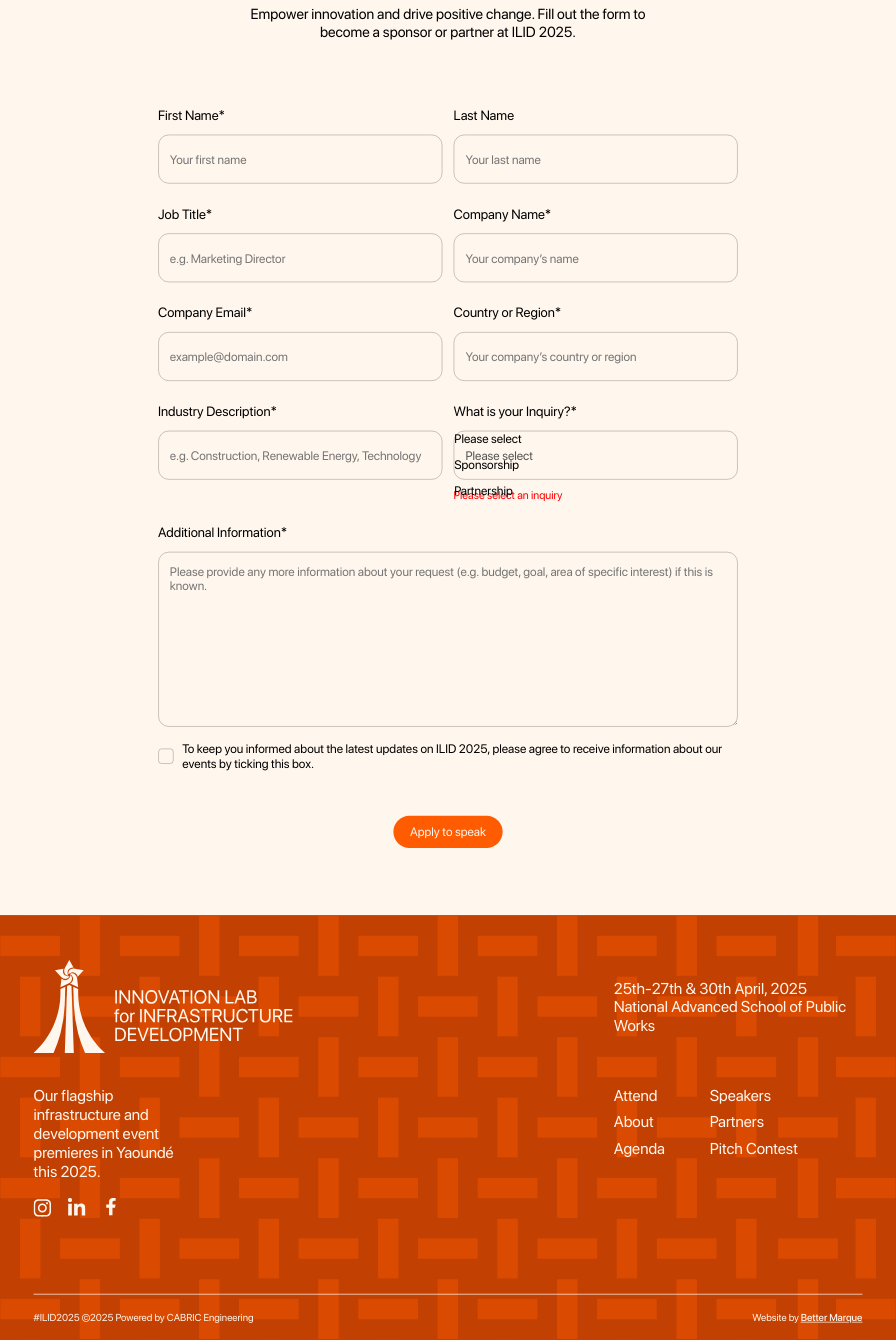
Repository: ilidevent/ilidwebsite
Page: /partners
These files come from the project's save history. The page is drawn as it stood at one moment and after a run of saves; the edit follows.
The browser window is 1280 px wide. The pictures show the part of the page from y = 876 to 2796 px (the page is 2790 px tall before and 2796 px after), at 70% of full size.
The project was rebuilt for these pictures with package versions that can differ from the ones it lists, and the page was loaded fresh each time. The framework's server and built-in components were replaced by stand-ins that run in the browser. Also part of the build but not shown: next.config.ts, components/ReUsables/ButtonTwo.tsx, styles/ReUsables/aboutboxwrapper.module.scss, components/ReUsables/TextEmail.tsx, styles/ReUsables/sloganbanner.module.scss, components/ReUsables/SloganBanner.tsx, styles/ReUsables/paddingtop.module.scss, components/ReUsables/PaddingTop.tsx and 43 more.

Above is the page before, as saved 2025-03-17 12:35:28.

### app/layout.tsx
import type { Metadata } from "next";
import localFont from "next/font/local";
import { Navbar } from "@/components";
import "../styles/globals.scss";
import Footer from "@/components/Navigation/Footer";

const regular = localFont({
  src: "./fonts/SF-Pro-Display-Regular.ttf",
  variable: "--regular-font"
})

const medium = localFont({
  src: "./fonts/SF-Pro-Display-Medium.ttf",
  variable: "--medium-font"
})

const semibold = localFont({
  src: "./fonts/SF-Pro-Display-Semibold.ttf",
  variable: "--semibold-font"
})

const heavy = localFont({
  src: "./fonts/SF-Pro-Display-Heavy.ttf",
  variable: "--heavy-font"
})

const script = localFont({
  src: "./fonts/VT323-Regular.ttf",
  variable: "--script-font"
})

export const metadata: Metadata = {
  title: "Innovation Lab for Infrastructure Development",
  description: "Generated by create next app",
};

export default function RootLayout({
  children,
}: Readonly<{
  children: React.ReactNode;
}>) {
  return (
    <html lang="en">
      <body className={`${regular.variable} ${medium.variable} ${semibold.variable} ${heavy.variable} ${script.variable}`}>
        <Navbar/>
        {children}
        <Footer/>
      </body>
    </html>
  );
}

### app/partners/layout.tsx
import type { Metadata } from "next";

export const metadata: Metadata = {
  title: "Partners ILID 2025",
  description: "From strategy to design, we craft brands that elevate visibility, build trust, and drive industry success.",
};

export default function RootLayout({
  children,
}: Readonly<{
  children: React.ReactNode;
}>) {
  return <>{children}</>;
}

### app/partners/page.tsx
import React from 'react'
import { PartnersPageWrapper } from '@/components'

const PartnersPage = () => {
  return (
    <div className='main'>
      <PartnersPageWrapper/>
    </div>
  )
}

export default PartnersPage

### components/index.ts
import Navbar from "./Navigation/Navbar";
import HomePageWrapper from "./HomePage/HomePageWrapper";
import AttendPageWrapper from "./AttendPage/AttendPageWrapper";
import SpeakerPageWrapper from "./SpeakerPage/SpeakerPageWrapper";
import AboutPageWrapper from "./AboutPage/AboutPageWrapper";
import AgendaPageWrapper from "./AgendaPage/AgendaPageWrapper";
import PitchPageWrapper from "./PitchPage/PitchPageWrapper";
import PartnersPageWrapper from "./PartnersPage/PartnersPageWrapper";

export {
  Navbar,
  HomePageWrapper,
  AttendPageWrapper,
  SpeakerPageWrapper,
  AboutPageWrapper,
  AgendaPageWrapper,
  PitchPageWrapper,
  PartnersPageWrapper
}

### components/Navigation/Navbar.tsx
import React from 'react'
import Image from 'next/image'
import Link from 'next/link'
import LOGO from "../../public/svg/whitelogo.svg"
import Button from '../ReUsables/Button'
import styles from "../../styles/Navigation/navbar.module.scss"

const Navbar = () => {
  const navLinks = [
    {
      name: "Attend",
      link: "/attend"
    },
    {
      name: "Speakers",
      link: "/speakers"
    },
    {
      name: "About",
      link: "/about"
    },
    {
      name: "Agenda",
      link: "/agenda"
    }
  ]

  const buttonOne = {
    name: "Pitch your idea",
    link: "/pitch-contest",
  }

  const buttonTwo = {
    name: "Partner with us",
    link: "/partners",
  }

  return (
    <>
      <header className={styles.nav__header}>
        <div className={`container ${styles.nav__container}`}>
          <Link className={styles.nav__logo} href="/">
            <Image fill quality={100} alt='ILID Logo' src={LOGO}/>
          </Link>
          <nav className={styles.nav__center}>
            {
              navLinks.map((data, i) => (
                <Link key={i} href={data.link}>{data.name}</Link>
              ))
            }
          </nav>
          <nav className={styles.nav__right}>
            <Button fill={false} buttonInfo={buttonOne}/>
            <Button fill buttonInfo={buttonTwo}/>
          </nav>
        </div>
      </header>
    </>
  )
}

export default Navbar

### components/PartnersPage/PartnersPageWrapper.tsx
"use client";

import React, { useEffect, useState, useRef } from "react";
import Lenis from "lenis";
import ReusableSection from "../ReUsables/ReusableSection";
import SpeakerForm from "../SpeakerPage/SpeakerForm";
import HeroSection from "../ReUsables/HeroSection";
import PartnersForm from "./PartnersForm";
import VenueBanner from "../ReUsables/VenueBanner";

const PartnersPageWrapper = () => {
  const [lenis, setLenis] = useState<Lenis | null>(null);
  const formRef = useRef<HTMLDivElement | null>(null);

  useEffect(() => {
    const lenisInstance = new Lenis({
      duration: 1,
    });

    function raf(time: number) {
      lenisInstance.raf(time);
      requestAnimationFrame(raf);
    }

    requestAnimationFrame(raf);

    // Store the lenis instance in state
    setLenis(lenisInstance);
  }, []);

  const HeroContent = {
    largeText: "Sponsor or Partner at ILID 2025",
    normalText:
      "Sponsor or Partner with us to ignite innovation, empower emerging leaders, and create resilient, future-ready communities in Cameroon.",
    buttonProps: {
      name: "Partner with us",
    }
  };

  const formContent = {
    header: "Become a Sponsor or Partner",
    keywords: ["Become"],
    text: "Empower innovation and drive positive change. Fill out the form to become a sponsor or  partner at ILID 2025.",
  };

  const HeroBreakpoints = {
    lg: "75vh",
    nm: "85vh",
    md: "100vh",
    sm: "100vh",
  };
  return (
    <>
      <HeroSection
        herocontent={HeroContent}
        breakpoints={HeroBreakpoints}
        lenis={lenis}
        reference={formRef}
      />
      <VenueBanner />
      <ReusableSection
        header={formContent.header}
        keywords={formContent.keywords}
        text={formContent.text}
        textColor="#000000"
        backgroundColor="#FFF6ED"
        ref={formRef}
      >
        <PartnersForm />
      </ReusableSection>
    </>
  )
}

export default PartnersPageWrapper

### styles/Navigation/footer.module.scss
.footer__section{
  width: 100%;
  height: auto;
  position: relative;
  background-color: var(--darkorange);
  padding: 4rem 0 0;
  color: var(--body-color);
}

.footer__container{
  height: auto;
  position: relative;
  z-index: 1;
  display: flex;
  flex-direction: column;
  gap: 7rem;
}

.footer__top{
  position: relative;
  width: 100%;
  display: flex;
  flex-direction: column;
  gap: 3rem;
  justify-content: flex-start;
  align-items: flex-start;
}

.ft__top{
  width: 100%;
  height: auto;
  display: flex;
  justify-content: space-between;
  align-items: center;
}

.ft__image{
  width: 370px;
  aspect-ratio: 1112.0159/400;
  position: relative;

  img {
    object-fit: cover;
  }
}

.loca__venue{
  width: 30%;
  height: auto;

  span{
    font-size: calc(var(--normal-font-size) + 0.3rem);
  }
}

.ft__bottom{
  width: 100%;
  height: auto;
  display: flex;
  justify-content: space-between;
  align-items: flex-start;
}

.ftb__left{
  width: 20%;
  height: auto;
  display: flex;
  flex-direction: column;
  gap: 1.5rem;

  p{
    font-size: calc(var(--normal-font-size) + 0.3rem);
    line-height: 1.2;
  }
}

.svg__container{
  position: relative;
  display: flex;
  gap: 1.5rem;
}

.svg{
  width: 25px;
  height: 25px;
  display: block;
  color: var(--body-color);
  position: relative;
}

.ftb__right{
  width: 30%;
  height: auto;
  display: flex;
  gap: 4rem;
  align-items: flex-start;
}

.fnav__links{
  display: flex;
  flex-direction: column;
  gap: 0.7rem;

  a{
    color: var(--body-color);
    font-size: calc(var(--normal-font-size) + 0.3rem);
    opacity: 1;
    transition: all 0.7s ease;

    &:hover{
      opacity: 0.6;
    }
  }
}

.fback__image{
  width: 100%;
  height: 100%;
  position: absolute;
  top: 0;
  left: 0;

  img{
    object-fit: cover;
  }
}

.footer__bottom{
  width: 100%;
  padding: 1.5rem 0;
  border-top: 1px solid var(--body-color);
  font-size: var(--small-font-size);
  display: flex;
  justify-content: space-between;
  align-items: center;

  p{
    display: flex;
    gap: 0.15rem;

    .better{
      font-family: var(--medium-font);
      text-decoration: underline;
      cursor: pointer;
    }
  }
}

### components/ReUsables/Button.tsx
"use client";

import React from "react";
import Link from "next/link";
import styles from "../../styles/ReUsables/button.module.scss";

interface ButtonInfo {
  name: string;
  link?: string;
}

interface ButtonProps {
  buttonInfo: ButtonInfo;
  fill: boolean;
  onClick?: () => void;
}

const Button = ({ buttonInfo, fill, onClick }: ButtonProps) => {
  // If a link is provided, render a Link
  if (buttonInfo.link) {
    return fill ? (
      <Link className={styles.button__background} href={buttonInfo.link}>
        {buttonInfo.name}
      </Link>
    ) : (
      <Link className={styles.button__stroke} href={buttonInfo.link}>
        {buttonInfo.name}
      </Link>
    );
  }

  // If no link is provided but an onClick is available, render a clickable span
  if (onClick) {
    return fill ? (
      <span className={styles.button__background} onClick={onClick}>
        {buttonInfo.name}
      </span>
    ) : (
      <span className={styles.button__stroke} onClick={onClick}>
        {buttonInfo.name}
      </span>
    );
  }

  // Fallback: render a non-clickable span
  return fill ? (
    <span className={styles.button__background}>{buttonInfo.name}</span>
  ) : (
    <span className={styles.button__stroke}>{buttonInfo.name}</span>
  );
};

export default Button;

### styles/Navigation/navbar.module.scss
.nav__header {
  width: 100%;
  height: auto;
  padding: 1rem 0;
  position: fixed;
  top: 0;
  left: 0;
  z-index: 100;
}

.nav__container {
  position: relative;
  display: flex;
  justify-content: space-between;
  align-items: center;
}

.nav__logo {
  width: 270px;
  aspect-ratio: 1112.0159/400;
  position: relative;

  img {
    object-fit: cover;
  }
}

.nav__center {
  position: absolute;
  top: 50%;
  left: 50%;
  transform: translate(-50%, -50%);
  display: flex;
  gap: 1.5rem;

  a {
    color: var(--body-color);
    opacity: 1;
    transition: opacity 0.5s ease;

    &:hover {
      opacity: 0.5;
    }
  }
}

.nav__right{
  display: flex;
  gap: 1.5rem
}

### components/ReUsables/HeroSection.tsx
import React from "react";
import Button from "./Button";
import Image from "next/image";
import Lenis from "lenis";
import HEROBACK from "../../public/svg/heroback.svg"
import styles from "../../styles/ReUsables/herosection.module.scss";

interface HeroContent {
  largeText: string;
  normalText: string;
  buttonText?: string;
  buttonProps: {
    name: string;
    link?: string;
  };
}

interface HeroBreakpoints {
  lg: string;
  nm: string;
  md: string;
  sm: string;
}

const HeroSection = ({
  herocontent,
  breakpoints,
  lenis,
  reference,
}: {
  herocontent: HeroContent;
  breakpoints: HeroBreakpoints;
  lenis?: Lenis | null;
  reference?: React.RefObject<HTMLDivElement | null>;
}) => {


  const handleLenisScroll = () => {
    if (lenis && reference?.current) {
      const referenceTop =
        window.scrollY + reference?.current.getBoundingClientRect().top;
      lenis.scrollTo(referenceTop);
    }
  };


  return (
    <section
      className={styles.hero__section}
      style={
        {
          "--lg": breakpoints.lg,
          "--nm": breakpoints.nm,
          "--md": breakpoints.md,
          "--sm": breakpoints.sm,
        } as React.CSSProperties
      }
    >
      <div className={styles.hero__container}>
        <div className={styles.content__wrapper}>
          <div className={styles.large__text}>
            <h1>{herocontent.largeText}</h1>
          </div>
          <div className={styles.normal__text}>
            <p>{herocontent.normalText}</p>
          </div>
          <div className={styles.hbutton__wrapper}>
            {herocontent.buttonText && <p className={styles.button__text}>{herocontent.buttonText}</p>}
            <Button fill={false} buttonInfo={herocontent.buttonProps} onClick={handleLenisScroll}/>
          </div>
        </div>
      </div>
      <div className={styles.hero__image}>
        <Image fill quality={100} alt="ILID Pattern" src={HEROBACK}/>
      </div>
    </section>
  );
};

export default HeroSection;

### styles/ReUsables/button.module.scss
.button__background{
  padding: 0.7rem 1.5rem;
  border-radius: 100px;
  background-color: var(--body-color);
  color: var(--orange);
  border: 1px solid transparent;
  transition: all 0.5s ease;
  cursor: pointer;

  &:hover{
    border: 1px solid var(--body-color);
    color: var(--body-color);
    background-color: transparent;
  }
}

.button__stroke{
  padding: 0.7rem 1.5rem;
  border-radius: 100px;
  background-color: transparent;
  color: var(--body-color);
  border: 1px solid var(--body-color);
  transition: all 0.5s ease;
  cursor: pointer;

  &:hover{
    border: 1px solid transparent;
    color: var(--orange);
    background-color: var(--body-color);
  }
}

.button__strokeTwo{
  padding: 0.7rem 1.5rem;
  border-radius: 100px;
  background-color: transparent;
  color: var(--orange);
  border: 1px solid var(--orange);
  transition: all 0.5s ease;

  &:hover{
    border: 1px solid transparent;
    color: var(--body-color);
    background-color: var(--orange);
  }
}

### styles/ReUsables/herosection.module.scss
.hero__section {
  width: 100vw;
  height: var(--nm);
  background-color: var(--darkorange);
  position: relative;
  color: var(--body-color);
}

.hero__image{
  width: 100%;
  height: 100%;
  position: absolute;
  top: 0;
  left: 0;

  img{
    object-fit: cover;
  }
}

.hero__container {
  width: 100%;
  height: 100%;
  position: relative;
  z-index: 1;
}

.content__wrapper {
  width: 930px;
  height: auto;
  position: absolute;
  top: 150px;
  left: 50%;
  transform: translateX(-50%);
  display: flex;
  flex-direction: column;
  justify-content: flex-start;
  align-items: center;
  gap: 1.5rem;
}

.large__text {
  h1 {
    font-size: calc(var(--biggest-font-size) - 2.3rem);
    font-weight: 100;
    text-align: center;
    line-height: 1.03;
  }
}

.normal__text {
  width: 70%;
  text-align: center;

  p {
    font-size: calc(var(--normal-font-size) + 0.2rem);
  }
}

.hbutton__wrapper{
  display: flex;
  flex-direction: column;
  gap: 1rem;
  align-items: center;
  margin-top: 1.5rem;
}

@media screen and (min-height: 800px) {
  .hero__section{
    height: var(--lg);
  }

  .content__wrapper{
    width: 1030px;
    top: 21%;
  }

  .large__text {
    h1 {
      font-size: calc(var(--biggest-font-size) - 1.5rem);
      font-weight: 100;
      text-align: center;
      line-height: 1.1;
    }
  }

  .normal__text {
    width: 70%;
    text-align: center;

    p {
      font-size: calc(var(--h2-font-size) - 1rem);
    }
  }

  .hbutton__wrapper{
    display: flex;
    flex-direction: column;
    gap: 1.5rem;
    align-items: center;
    margin-top: 2rem;
  }
}

### styles/ReUsables/venuebanner.module.scss
.vb__section{
  position: relative;
  width: 100%;
  height: auto;
  padding: 0rem 0 3rem;
}

.vbslider__container{
  width: 100%;
  padding: 2rem 0;
  border-bottom: 1px solid var(--orange);
}

.vb__slider{
  width: max-content;
  position: relative;
  display: flex;
}

.vslider__main{
  display: flex;

  .vslider__space{
    width: 1rem;
    height: 1rem;
    display: block;
  }
}

.vslider__content{
  display: flex;
  gap: 1.5rem;
  align-items: center;
  font-family: var(--script-font);
  font-size: calc(var(--h2-font-size) - 0.3rem);
  color: var(--orange);
}

.vfirst__slide{
  display: flex;
  align-items: center;
  gap: 1.5rem;

  p{
    word-wrap: none;
  }

  .vspan__button{
    display: block;
    width: 1rem;
    height: 1rem;
    border-radius: 50%;
    background-color: var(--orange);
  }
}

### components/ReUsables/HighlighedText.tsx
import React from 'react'
import styles from "../../styles/ReUsables/highlightedtext.module.scss";

interface HighlightedTextProps {
  text: string;
  keywords?: string[];
  color: string;
}

const HighlightedText = ({
  text,
  keywords,
  color
}: HighlightedTextProps) => {
  // Split the text into words
  const words = text.split(" ");

  return (
    <p className={styles.large__text}>
      {words.map((word, index) => {
        // Remove punctuation for matching and convert to lowercase.
        const cleanedWord = word.replace(/[.,!?;:()]/g, "");

        if (keywords?.includes(cleanedWord)) {
          return (
            <span key={index} style={{color: "var(--orange)"}}>
              {word}{" "}
            </span>
          );
        } else {
          return (
            <span key={index} style={{color: color}}>
              {word}{" "}
            </span>
          );
        }
      })}
    </p>
  );
};

export default HighlightedText;

### styles/ReUsables/reusablesection.module.scss
.rs__content{
  width: 100%;
  height: auto;
  position: relative;
}

.rs__container{
  height: max-content;
}

.rs__wrapper{
  width: 100%;
  height: auto;
  display: flex;
  flex-direction: column;
  justify-content: flex-start;
  gap: 6rem;
  align-items: center;
}

.rscontent__header{
  width: 60%;
  display: flex;
  flex-direction: column;
  align-items: center;
  justify-content: flex-start;
  gap: 1rem;

  .p__tag{
    text-align: center;
    width: 85%;
    font-size: calc(var(--normal-font-size) + 0.2rem);
  }
}

.rsmain__content{
  width: 100%;
  height: auto;
}

.rButton{
  display: flex;
  flex-direction: column;
  align-items: center;

}

.rbutton__text{
  width: max-content;
  margin-bottom: 1rem;
}

### components/ReUsables/FormInput.tsx
"use client";

import React, { useState, useEffect } from "react";
import styles from "../../styles/ReUsables/forminput.module.scss";

interface FormField {
  id: number;
  name: string;
  type: string;
  placeholder: string;
  errorMessage?: string;
  label: string;
  required: boolean;
  minlength?: number;
  inputState: boolean;
}

const FormInput = ({
  data,
  isSubmitting,
}: {
  data: FormField;
  isSubmitting: boolean;
}) => {
  const [focused, setFocused] = useState(false);

  useEffect(() => {
    if (isSubmitting) {
      setFocused(false);
    }
  }, [isSubmitting]);

  const handleFocus = () => {
    if (!isSubmitting) { // Skip onBlur during form reset/submission
      setFocused(true);
    }
  };

  return (
    <div className={styles.input__wrapper}>
      <label htmlFor={data.name} className={styles.label}>
        {data.label}
      </label>
      {data.inputState ? (
        <input
          className={styles.input}
          name={data.name}
          type={data.type}
          placeholder={data.placeholder}
          required={data.required}
          minLength={data.minlength}
          onBlur={handleFocus}
          data-focused={focused.toString()}
        />
      ) : (
        <textarea
          className={styles.textarea}
          name={data.name}
          placeholder={data.placeholder}
          required={data.required}
          minLength={data.minlength}
          onBlur={handleFocus}
          data-focused={focused.toString()}
        />
      )}
      <span className={styles.error}>{data.errorMessage}</span>
    </div>
  );
};

export default FormInput;

### styles/ReUsables/highlightedtext.module.scss
.large__text{
  font-size: calc(var(--h2-font-size) + 0.6rem);
}

.phrase__text{
  font-size: calc(var(--normal-font-size) + 0.6rem);
  text-align: justify;
}

### components/ReUsables/FormSelector.tsx
"use client";

import React, { useState } from "react";
import styles from "../../styles/ReUsables/formselector.module.scss";


const FormSelector = () => {
  const selections = [
    "Please select",
    "Sponsorship",
    "Partnership"
  ]
  const [activeBox, setActiveBox] = useState(false)

  return (
    <div className={styles.select__wrapper}>
      <span className={styles.flabel}>What is your Inquiry?*</span>
      <div className={styles.finput} onClick={() => setActiveBox(!activeBox)}>
        <span className={styles.selection}>Please select</span>
        <div className={styles.select__wrapper}>
          {
            selections.map((data, i) => (
              <div className={styles.sbox} key={i}>
                <span>{data}</span>
              </div>
            ))
          }
        </div>
      </div>
      <span className={styles.ferror}>Please select an inquiry</span>
    </div>
  );
};

export default FormSelector;

### styles/ReUsables/forminput.module.scss
.input__wrapper{
  width: 100%;
  height: auto;
  display: flex;
  flex-direction: column;
  gap: 1rem
}

.label{
  font-size: calc(var(--normal-font-size) + 0.1rem);
  text-transform: none;
}

.input {
  width: 100%;
  height: 70px;
  padding-left: 1rem;
  outline: none;
  background-color: transparent;
  border-radius: 15px;
  border: 1px solid rgba(0, 0, 0, 0.3);


  &:focus {
    border: 1px solid #ffa473;
  }

  &:invalid[data-focused="true"] {
    border: 1px solid red;
  }

  &:invalid[data-focused="true"] ~ .error {
    display: block;
  }
}

.textarea {
  width: 100%;
  min-height: 250px;
  padding-top: 1rem;
  padding-left: 1rem;
  outline: none;
  border: 1px solid rgba(0, 0, 0, 0.3);
  background-color: transparent;
  border-radius: 15px;


  &:focus {
    border: 1px solid #ffa473;
  }

  &:invalid[data-focused="true"] {
    border: 1px solid rgb(255, 0, 0);
  }

  &:invalid[data-focused="true"] ~ .error {
    display: block;
  }
}

.error {
  font-size: calc(var(--normal-font-size) - 0.1rem);
  color: rgb(255, 0, 0);
  display: none;
  margin-top: -0.2rem;
}

### styles/ReUsables/formselector.module.scss
.select__wrapper{
  width: 100%;
  height: auto;
  display: flex;
  flex-direction: column;
  gap: 1rem;
  position: relative;
}

.flabel{
  font-size: calc(var(--normal-font-size) + 0.1rem);
  text-transform: none;
}

.finput {
  width: 100%;
  position: relative;
  height: 70px;
  background-color: transparent;
  border-radius: 15px;
  border: 1px solid rgba(0, 0, 0, 0.3);
}

.selection{
  position: absolute;
  top: 50%;
  left: 1rem;
  transform: translateY(-50%);
  color: var(--text-color-light);
}

.ferror {
  font-size: calc(var(--normal-font-size) - 0.1rem);
  color: rgb(255, 0, 0);
  margin-top: -0.2rem;
}

.select__wrapper{
  width: 100%;
  height: auto;

}

Loaded but not shown: utils/index.ts (2098 lines, source omitted); components/Navigation/BetterMarque.tsx (236 lines, source omitted); components/Navigation/Footer.tsx (119 lines, source omitted); components/PartnersPage/PartnersForm.tsx (122 lines, source omitted); components/ReUsables/VenueBanner.tsx (90 lines, source omitted); styles/Navigation/bettermarque.module.scss (150 lines, source omitted); styles/globals.scss (167 lines, source omitted); components/ReUsables/ReusableSection.tsx (86 lines, source omitted); styles/AttendPage/attendform.module.scss (137 lines, source omitted)

After the next 6 saves:
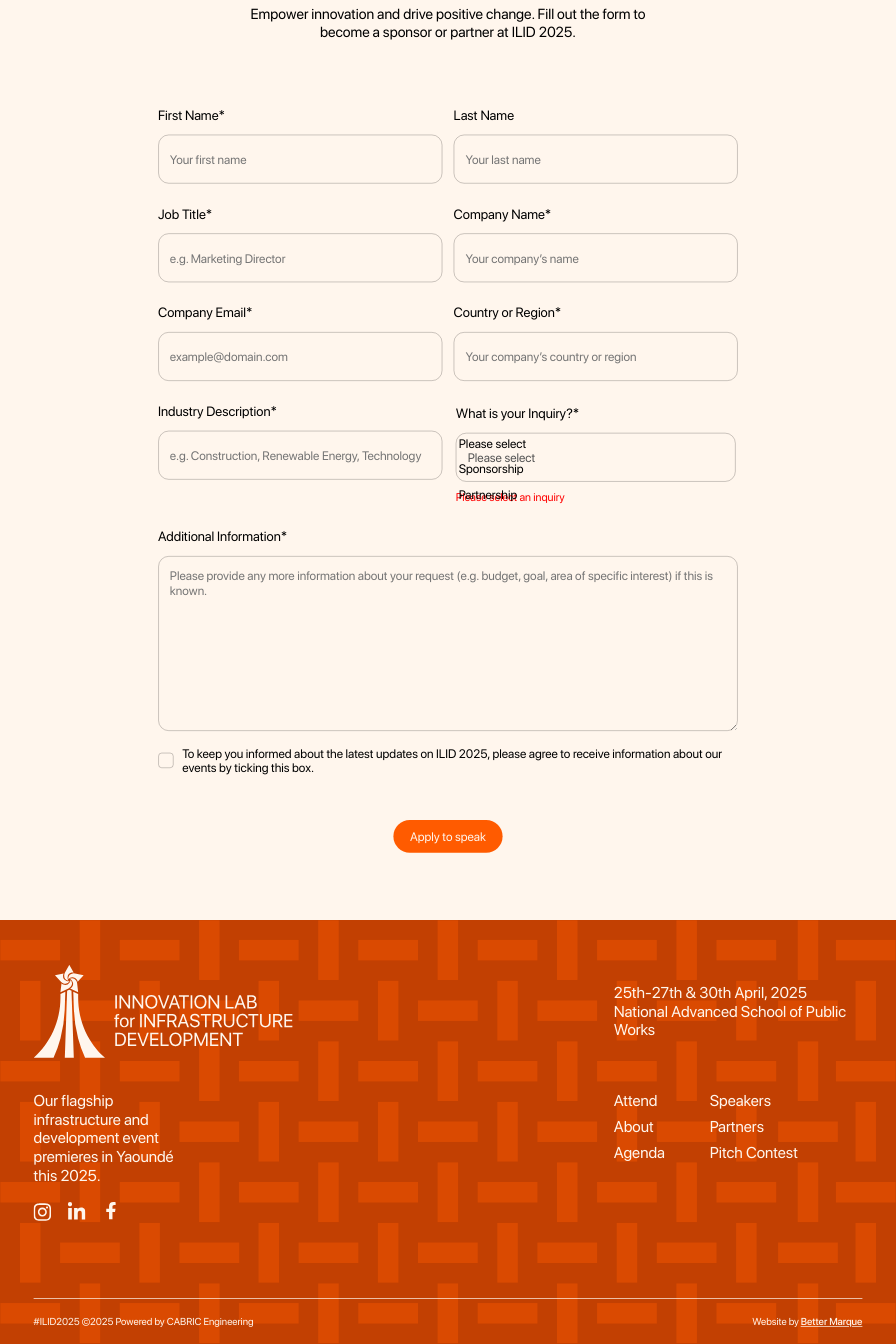
The 6 saves are shown as one change because 2 did not build or start and some came seconds apart.
The last was saved 22 s later.
--- a/styles/ReUsables/formselector.module.scss
+++ b/styles/ReUsables/formselector.module.scss
@@ -38,5 +38,6 @@
 .select__wrapper{
   width: 100%;
   height: auto;
-
+  padding: 0.2rem;
+  border: 15px
 }
